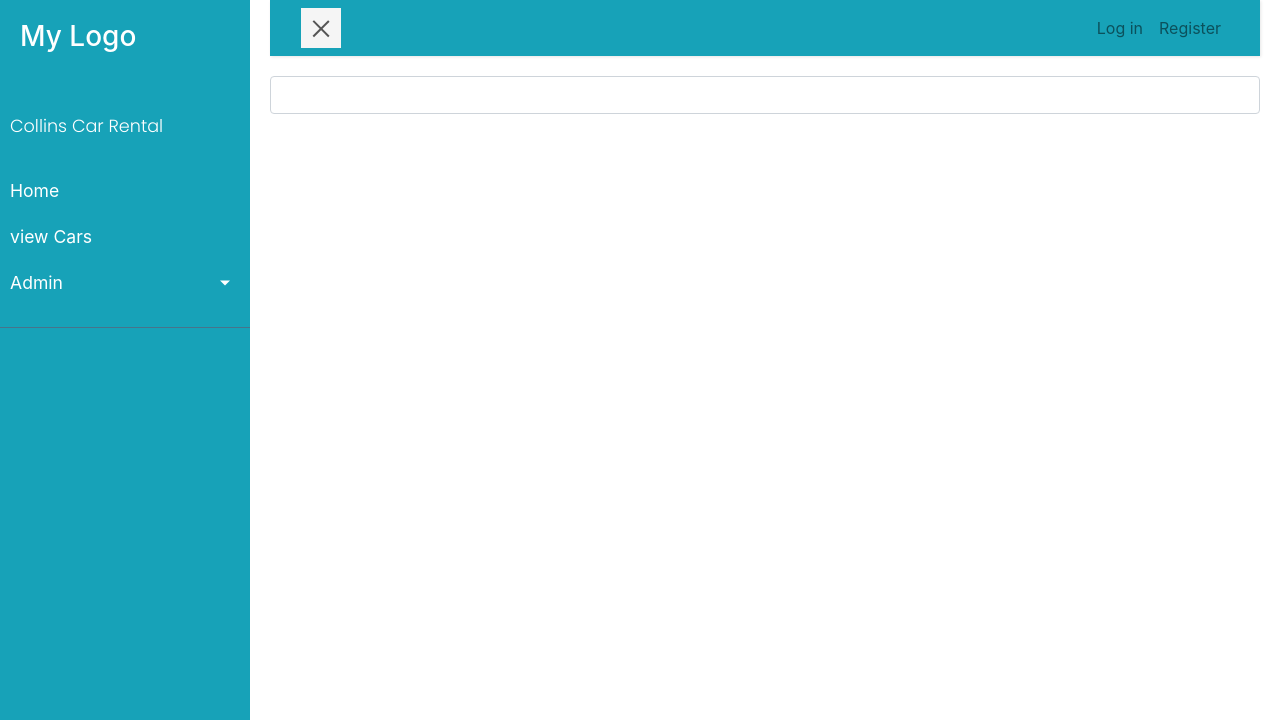
Repository: Cwills21/Aiti-dbc26.1-group-2
Page: http://localhost/admin/add
The author's editor kept a copy of each file at every save. The page is drawn from the files as they stood at one save, then again after the next save.
The browser window is 1280 px wide. The pictures show the whole page.
Some web libraries are served in a nearby version. The page is served by the project's Laravel application, run on PHP 8.4 with Laravel 8. Queries for data that is not in the repository find no rows.

Above is the page before, as saved 2022-03-17 22:22:54.
Console error: ReferenceError: $ is not defined

After the next save:
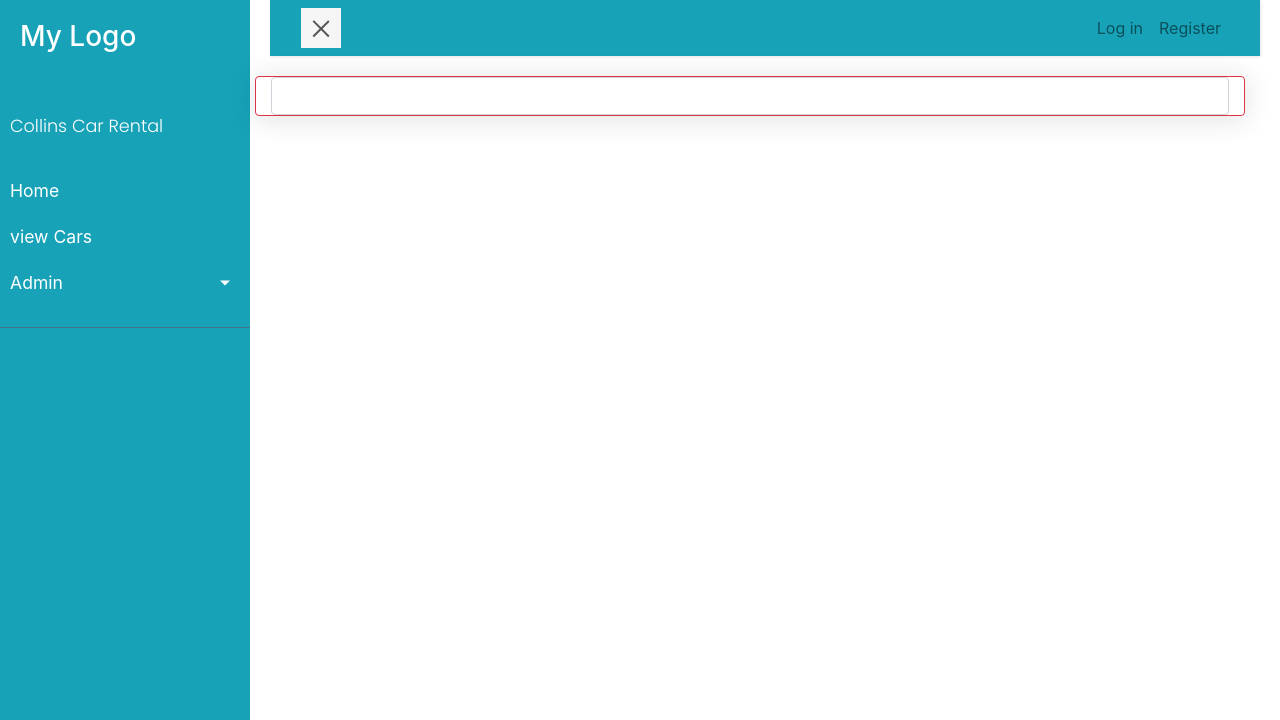
Saved 81 s later.
--- a/resources/views/admins/add_admin.blade.php
+++ b/resources/views/admins/add_admin.blade.php
@@ -3,13 +3,14 @@
 @section('page_title', 'Add a Car')
 
 @section('content')
+<div class="row col-md-12 card border border-danger container">
 <select class="js-example-placeholder-single js-states form-control">
   <option></option>
   @foreach ($admins as $admin)
   <option value="{{$admin->id}}">{{$admin->name}}  [{{$admin->email}}]</option>
   @endforeach
  </select>
-
+</div>
 
 <script>
 $(".js-example-placeholder-single").select2({
